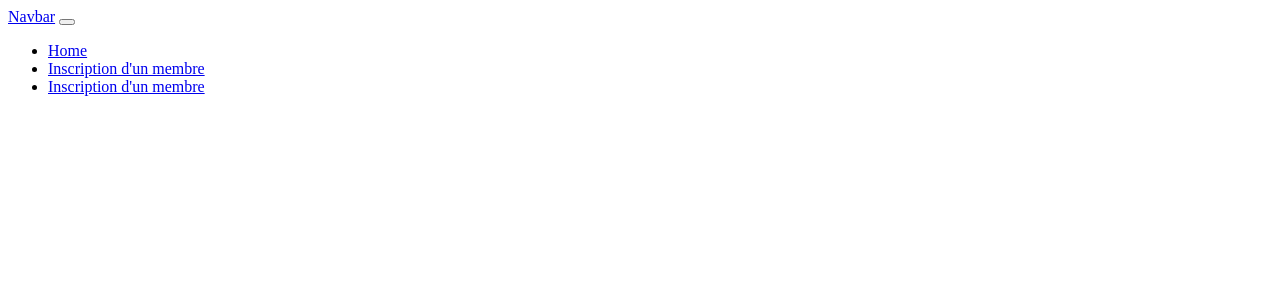
Repository: arione15/Ud-Mast_PHP_POO_espace_membre
Page: http://localhost/
The author's editor kept a copy of each file at every save. The page is drawn from the files as they stood at one save, then again after a run of saves.
The browser window is 1280 px wide. The pictures show the whole page.
The page is run by PHP 8.4 with error messages shown; the project is at /var/www/html/.

Above is the page before, as saved 2021-07-31 11:45:53.

After the next 3 saves:
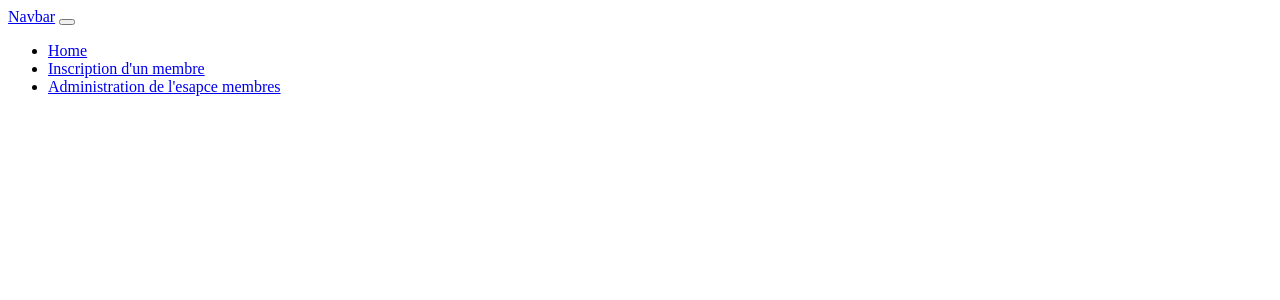
The 3 saves are shown as one change because they came seconds apart.
The last was saved 11 s later.
--- a/index.php
+++ b/index.php
@@ -1,38 +1,38 @@
 <!DOCTYPE html>
 <html lang="en">
+
 <head>
     <meta charset="UTF-8">
     <meta http-equiv="X-UA-Compatible" content="IE=edge">
     <meta name="viewport" content="width=device-width, initial-scale=1.0">
     <title>Document</title>
 </head>
+
 <body>
-<nav class="navbar navbar-expand-lg navbar-light bg-light">
-  <div class="container-fluid">
-    <a class="navbar-brand" href="#">Navbar</a>
-    <button class="navbar-toggler" type="button" data-bs-toggle="collapse" data-bs-target="#navbarSupportedContent" aria-controls="navbarSupportedContent" aria-expanded="false" aria-label="Toggle navigation">
-      <span class="navbar-toggler-icon"></span>
-    </button>
-    <div class="collapse navbar-collapse" id="navbarSupportedContent">
-      <ul class="navbar-nav me-auto mb-2 mb-lg-0">
-        <li class="nav-item">
-          <a class="nav-link" aria-current="page" href="#">Home</a>
-        </li>
-        <li class="nav-item">
-          <a class="nav-link" href="inscription.php">Inscription d'un membre</a>
-        </li>
-        <li class="nav-item">
-          <a class="nav-link" href="inscription.php">Inscription d'un membre</a>
-        </li>
+    <nav class="navbar navbar-expand-lg navbar-light bg-light">
+        <div class="container-fluid">
+            <a class="navbar-brand" href="#">Navbar</a>
+            <button class="navbar-toggler" type="button" data-bs-toggle="collapse" data-bs-target="#navbarSupportedContent" aria-controls="navbarSupportedContent" aria-expanded="false" aria-label="Toggle navigation">
+                <span class="navbar-toggler-icon"></span>
+            </button>
+            <div class="collapse navbar-collapse" id="navbarSupportedContent">
+                <ul class="navbar-nav me-auto mb-2 mb-lg-0">
+                    <li class="nav-item">
+                        <a class="nav-link" aria-current="page" href="#">Home</a>
+                    </li>
+                    <li class="nav-item">
+                        <a class="nav-link" href="inscription.php">Inscription d'un membre</a>
+                    </li>
+                    <li class="nav-item">
+                        <a class="nav-link" href="administration.php">Administration de l'esapce membres</a>
+                    </li>
 
-      </ul>
+                </ul>
 
-    </div>
-  </div>
-</nav>
+            </div>
+        </div>
+    </nav>
 
+</body>
 
-
-    <a href=
-</body>
 </html>
